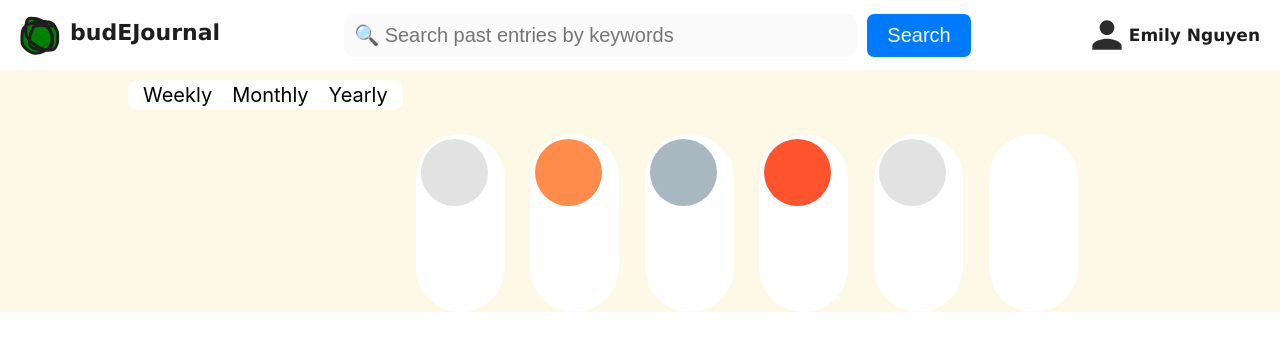
Repository: BaileyLuu/budejournal
Page: /
The author's editor kept a copy of each file at every save. The page is drawn from the files as they stood at one save, then again after the next save.
The browser window is 1280 px wide. The pictures show the whole page.
The project was rebuilt for these pictures with package versions that can differ from the ones it lists, and the page was loaded fresh each time. Also part of the build but not shown: src/pages/Home.js.

Above is the page before, as saved 2023-09-16 21:33:48.

### src/components/Navbar.js
import React, {useState} from 'react';
import './navbar.css'
const Navbar = () => {
  // need to add some userState here when user search past entries by keywords
  // and the onClick handler when user click search button
  const [searchKeywords, setSearchKeywords] = useState('')
  const handleSearchKeywords = (e) => {
    setSearchKeywords(e.target.value)
  }
  const handleSearch = ()=> {
    alert(searchKeywords)
  }

  return (
    <nav className="navbar">
      <div className="navbar-logo">
        <svg xmlns="http://www.w3.org/2000/svg" width="40" height="39" viewBox="0 0 40 39" fill="green">
          <path d="M32.2572 9.93512C28.647 9.93512 25.0058 9.50361 21.3736 9.50361C18.5545 9.50361 14.3076 8.99662 12.7914 11.9728C10.7255 16.028 9.63294 20.0533 9.60307 24.6543C9.58979 26.6986 9.16434 29.4896 10.9455 30.9591C12.8024 32.491 15.5242 33.0241 17.8496 33.3563C21.8908 33.9336 27.5229 33.9755 30.651 30.9591C32.909 28.7818 32.4921 25.5923 32.4729 22.7365C32.4414 18.0469 30.7636 14.0345 27.0791 11.0139C25.3639 9.6077 22.9308 8.02586 20.7383 7.48991C19.3171 7.14251 17.7043 7.32435 16.2435 7.17827C13.1567 6.86959 9.99712 7.02607 7.39759 8.85635C5.9706 9.86107 4.26017 10.8263 3.46608 12.4522C2.53474 14.3593 2.07932 16.8255 2.0517 18.9248C2.01512 21.7048 1.56037 25.0772 2.30341 27.7707C2.7832 29.51 4.30852 31.1782 5.5517 32.4214C6.79537 33.6651 8.12802 34.714 9.71094 35.4899C10.7344 35.9916 11.8281 36.9422 12.9832 37.0721C16.6211 37.4814 20.0419 37.1757 23.2674 35.442C25.926 34.013 28.6848 32.7071 30.2674 29.9522C31.8907 27.1265 32.4454 24.3578 32.2092 21.1303C32.081 19.378 31.5637 17.8693 30.8548 16.2879C29.9798 14.3361 29.4302 12.2643 28.2418 10.4625C25.9351 6.9654 22.0563 4.48141 18.1733 3.05499C15.9148 2.22533 12.8432 2.168 10.4421 2.168C8.0435 2.168 7.60785 3.09333 6.89416 5.10464C5.62747 8.67441 5.54884 12.7713 5.73149 16.5156C6.0155 22.3377 12.1813 27.2627 16.615 30.12C19.0655 31.6992 21.6402 33.0634 24.49 33.7759C26.582 34.2988 28.8294 34.0995 30.9746 34.0995C35.0359 34.0995 37.0507 29.2464 37.5311 26.0207C37.82 24.081 37.651 22.0303 37.651 20.0755C37.651 18.4952 37.8672 16.6603 37.1955 15.1731C35.9731 12.4664 35.1016 9.71032 32.7007 7.78957C31.6795 6.97263 30.1408 6.42936 28.913 6.05156C27.3869 5.58201 25.9172 5.79644 24.3822 5.51218C21.8709 5.04713 18.9458 4.96218 16.4233 5.30841C15.0453 5.49754 14.029 6.20885 13.2709 7.34608" stroke="#1E1E1E" stroke-width="3" stroke-linecap="round" />
        </svg>
        <span className="logo-name">budEJournal</span>
      </div>
      <div className="navbar-search">
        <input type="text" placeholder="🔍 Search past entries by keywords" value={searchKeywords} onChange={handleSearchKeywords} />
        <button onClick={handleSearch}>Search</button>
      </div>
      <div className="navbar-user">
        <svg xmlns="http://www.w3.org/2000/svg" width="44" height="44" viewBox="0 0 44 44" fill="none">
          <path d="M22 22C26.0517 22 29.3333 18.7183 29.3333 14.6667C29.3333 10.615 26.0517 7.33334 22 7.33334C17.9483 7.33334 14.6667 10.615 14.6667 14.6667C14.6667 18.7183 17.9483 22 22 22ZM22 25.6667C17.105 25.6667 7.33334 28.1233 7.33334 33V36.6667H36.6667V33C36.6667 28.1233 26.895 25.6667 22 25.6667Z" fill="#2C2C2C" />
        </svg>
        <span className="username-fontstyle">Emily Nguyen</span>
      </div>
    </nav>
  );
};

export default Navbar;

### src/components/Emoji.js
import React, { useState } from 'react';
import './emoji.css'

export default function Emoji() {
    return (
        <>
            <div className="emojiBG">
                <div className="emoji-period">
                    <div className="period">Weekly</div>
                    <div className="period">Monthly</div>
                    <div className='period'>Yearly</div>
                    {/* <button className="period-btn">Weekly</button>
                    <button className="period-btn">Monthly</button>
                    <button className="period-btn">Yearly</button> */}
                </div>
                <div className="emoji-mood">
                    <svg xmlns="http://www.w3.org/2000/svg" width="67" height="67" viewBox="0 0 67 67" fill="none">
                        <circle cx="33.5" cy="33.5" r="33.5" fill="#E2E2E2" />
                    </svg>
                </div>
                <div className="emoji-mood">
                    <svg xmlns="http://www.w3.org/2000/svg" width="67" height="67" viewBox="0 0 67 67" fill="none">
                        <circle cx="33.5" cy="33.5" r="33.5" fill="#FF8C4B" />
                    </svg>
                </div>
                <div className="emoji-mood">
                    <svg xmlns="http://www.w3.org/2000/svg" width="67" height="67" viewBox="0 0 67 67" fill="none">
                        <circle cx="33.5" cy="33.5" r="33.5" fill="#A9B7C0" />
                    </svg>
                </div>
                <div className="emoji-mood">
                <svg xmlns="http://www.w3.org/2000/svg" width="67" height="67" viewBox="0 0 67 67" fill="none">
  <circle cx="33.5" cy="33.5" r="33.5" fill="#FF532E"/>
</svg>
                </div>
                <div className="emoji-mood">
                <svg xmlns="http://www.w3.org/2000/svg" width="67" height="67" viewBox="0 0 67 67" fill="none">
  <circle cx="33.5" cy="33.5" r="33.5" fill="#E2E2E2"/>
</svg>
                </div>
                <div className="emoji-mood">

                </div>

                {/* <div className="mood-weekly">
                    <div className="mood">
                        <svg xmlns="http://www.w3.org/2000/svg" width="67" height="67" viewBox="0 0 67 67" fill="none">
                            <circle cx="33.5" cy="33.5" r="33.5" fill="#E2E2E2" />

                        </svg>

                    </div>
                </div> */}

            </div>

        </>

    );
}

### src/components/navbar.css
.navbar {
    display: flex;
    justify-content: space-between;
    align-items: center;
    background-color: #fff;
    color: #fff;
    padding: 10px 20px;
}

.navbar-logo {
    display: flex;
    margin-right: 10px;

}

.navbar-logo img {
    height: 50px;
}

.logo-name {
    color: #1E1E1E;
    font-family: Verdana;
    font-size: 22px;
    font-style: normal;
    font-weight: 700;
    line-height: 150%;
    margin-left:10px;
    align-items: center;
    /* 33px */
}

.navbar-search {
    display: flex;
    height: 50px;
    /* justify-content: center; */
    text-align: center;
    align-items: center;
    flex-grow: 0.5;
}

.navbar-search input[type="text"] {
    flex-grow: 1;
    width: 100%;
    padding: 10px;
    border: none;
    border-radius: 11px;
    background-color: #FAFAFA;
    font-size: 20px;
}

.navbar-search button {
    background-color: #007bff;
    color: #fff;
    border: none;
    border-radius: 7px;
    padding: 10px 20px;
    margin-left: 10px;
    cursor: pointer;
    font-size: 20px;
}

.navbar-user {
    display: flex;
    align-items: center;
}

.username-fontstyle {
    color: var(--black, #1E1E1E);
    font-family: Verdana;
    font-size: 17px;
    font-style: normal;
    font-weight: 700;
    line-height: 100%;
    /* 25.5px */
}

### src/components/emoji.css
.emojiBG{
    display:flex;
    background-color: #FEF8E6;
    width:100%;

}
.emoji-period{
    display:flex;
    margin-left:10%;
    margin-top:10px;
    flex-shrink: 0;
    border-radius:10px;
    padding:5px;
    height:20px;
    background-color: #ffffff;
    line-height: 0;
}
.period{
    display:inline-flex;
    height:auto;
    font-size:20px;
    padding:10px;
    border-radius: 10px;
    border-color:#ffffff;
    background-color:#ffffff;
    flex: 1;
    font-weight: 400;
    /* font-size:20px; */
    /* color: #3F3F3F;
    font-family: Inter;
    font-size: 16px;
    font-style: normal; */
    /* font-weight: 400; */
    /* line-height: normal; */
    padding:10px;
}
/* .mood-weekly{
    display:flex;
} */
/* .mood{
    width: 79px;
    height: 168px;
    flex-shrink: 0;
} */
.emoji-mood{
    display:flex;
    /* margin-left:10%; */
    margin-left:1%;
    margin-top:5%;
    margin-right:1%;
    /* flex-shrink: 0; */
    background-color: #ffffff;
    border-radius:100px;
    padding:5px;
    width: 79px;
    height: 168px;
}

Loaded but not shown: public/index.html (common file); src/index.js (common file); src/index.css (common file); src/App.js (common file); src/App.css (common file)

After the next save:
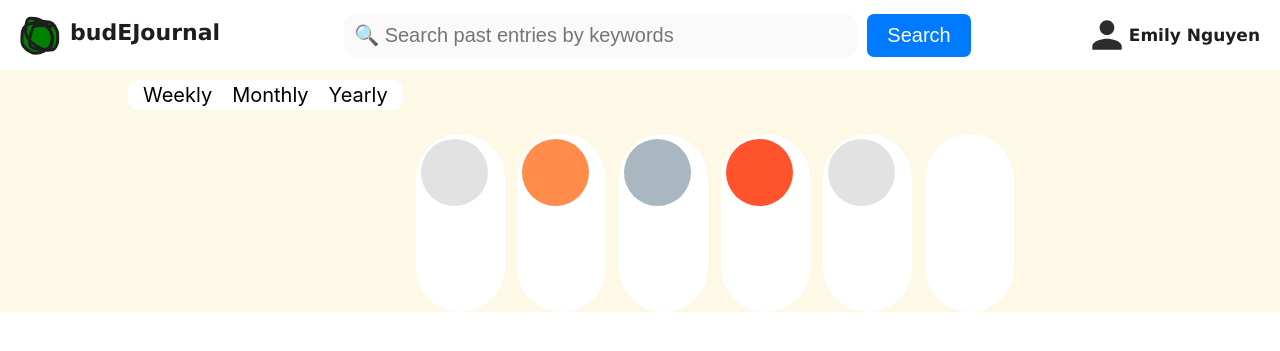
Saved 4 s later.
--- a/src/components/emoji.css
+++ b/src/components/emoji.css
@@ -47,7 +47,6 @@
     /* margin-left:10%; */
     margin-left:1%;
     margin-top:5%;
-    margin-right:1%;
     /* flex-shrink: 0; */
     background-color: #ffffff;
     border-radius:100px;
